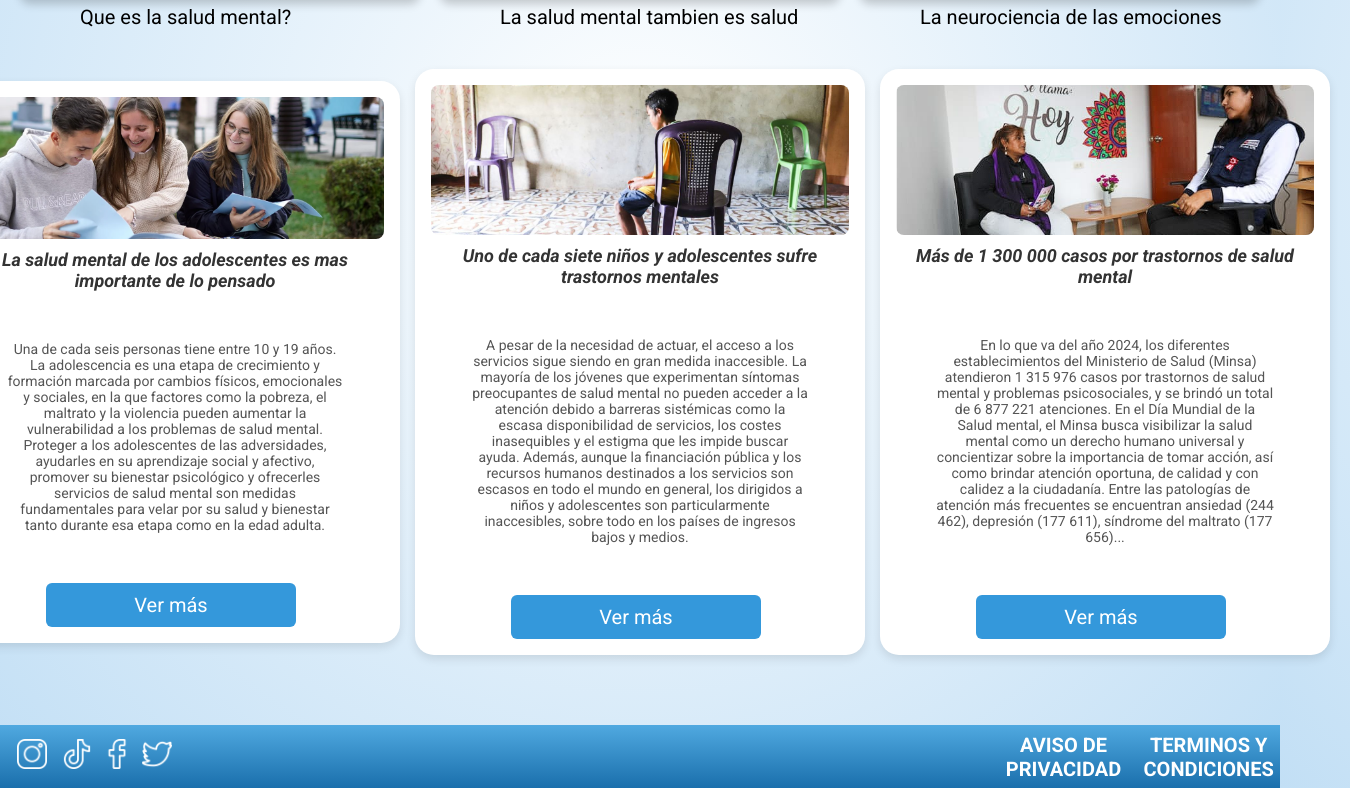
Repository: ChristianAvilesS/PsychoMind
Page: public/contenidoEducativo.html
These files come from the project's save history. The page is drawn as it stood at one moment and after the next save; the edit follows.
The browser window is 1280 px wide. The page is 1350 px wide, so the pictures cover 1350 px, including what lies to the right of the window. The pictures show the part of the page from y = 450 to 1270 px (the page is 1238 px tall before and 1270 px after).
Some web fonts or font styles are not loaded; a fallback is used. Some web libraries are served in a nearby version.

Above is the page before, as saved 2025-04-20 18:34:28.

### public/contenidoEducativo.html
<!DOCTYPE html>
<html lang="en">
    <head>
        <meta charset="UTF-8" />
        <meta http-equiv="X-UA-Compatible" content="IE=edge" />
        <meta name="viewport" content="width=device-width, initial-scale=1.0" />
        <link rel="preconnect" href="https://fonts.googleapis.com" />
        <link rel="preconnect" href="https://fonts.gstatic.com" crossorigin />
        <link
            href="https://fonts.googleapis.com/css2?family=Climate+Crisis&family=Roboto:wght@300;500&display=swap"
            rel="stylesheet" />
        <link rel="stylesheet" href="assets/styles/styles_header_footer.css" />
        <link rel="stylesheet" href="assets/styles/styles_home.css" />
        <link rel="stylesheet" href="assets/styles/contenidoEducativo.css"/>
        <script src="https://kit.fontawesome.com/829f2fe815.js" crossorigin="anonymous"></script>
        <title>Psycho-Mind</title>
        <link rel="icon" href="favicon.ico" />
    </head>

    <body>
        <header class="header">
            <div class="navbar">
                <div class="logo"><img src="assets/images/logo.svg" alt="" /></div>
                <ul class="links">
                    <li><a href="index.html" class="var-link">Inicio</a></li>
                    <li><a href=" nosotros.html" class="var-link">Nosotros</a></li>
                    <li><a href="membresias.html" class="var-link">Membresías</a></li>
                    <li><a href="evaluaciones.html" class="var-link">Evaluaciones</a></li>
                    <li><a href="citas.html" class="var-link">Citas</a></li>
                    <li><a href="contenidoEducativo.html" class="var-link">Contenido Educativo</a></li>
                </ul>
                <a href="contacto.html" class="action_btn var-link">Contacto</a>
                <div class="toggle_btn">
                    <i class="fa-solid fa-bars"></i>
                </div>
            </div>
            <div class="dropdown_menu">
                <li><a href="index.html" class="var-link">Inicio</a></li>
                <li><a href="nosotros.html" class="var-link">Nosotros</a></li>
                <li><a href="membresias.html" class="var-link">Membresías</a></li>
                <li><a href="evaluaciones.html" class="var-link">Evaluaciones</a></li>
                <li><a href="citas.html" class="var-link">Citas</a></li>
                <li><a href="contenidoEducativo.html" class="var-link">Citas</a></li>
                <li><a href="contacto.html" class="action_btn var-link">Contenido Educativo</a></li>
            </div>
        </header>

        <main>
          <div class="contenedor-principal">
            <div class="videos">
              <div class="video">
                <iframe
                  src="https://www.youtube.com/embed/sFfxExoU2Kw"
                  frameborder="0"
                  allow="accelerometer; autoplay; clipboard-write; encrypted-media; gyroscope; picture-in-picture"
                  allowfullscreen>
                </iframe>
                <p>Que es la salud mental?</p>
              </div>
              <div class="video">
                <iframe
                  src="https://www.youtube.com/embed/vm2z2GfoZ2k"
                  frameborder="0"
                  allow="accelerometer; autoplay; clipboard-write; encrypted-media; gyroscope; picture-in-picture"
                  allowfullscreen>
                </iframe>
                <p>La salud mental tambien es salud</p>
              </div>
              <div class="video">
                <iframe
                  src="https://www.youtube.com/embed/TjqrualxgkI"
                  frameborder="0"
                  allow="accelerometer; autoplay; clipboard-write; encrypted-media; gyroscope; picture-in-picture"
                  allowfullscreen>
                </iframe>
                <p>La neurociencia de las emociones</p>
              </div>
            </div>

            <!-- Sección de noticias (vertical) -->
            <div class="noticias">
              <div class="noticia-card">

                <img class="noticia-imagen" src="assets/images/CE1.png" alt="Imagen de la noticia">
                <h3 class="noticia-titulo">La salud mental de los adolescentes es mas importante de lo pensado</h3>
                <p class="noticia-descripcion">
                  Una de cada seis personas tiene entre 10 y 19 años. La adolescencia es una etapa de crecimiento y formación marcada por cambios físicos, emocionales y sociales, en la que factores como la pobreza, el maltrato y la violencia pueden aumentar la vulnerabilidad a los problemas de salud mental. Proteger a los adolescentes de las adversidades, ayudarles en su aprendizaje social y afectivo, promover su bienestar psicológico y ofrecerles servicios de salud mental son medidas fundamentales para velar por su salud y bienestar tanto durante esa etapa como en la edad adulta.
                </p>
                <button class="noticia-vermas">Ver más</button>
              </div>
              <div class="noticia-card">

                <img class="noticia-imagen" src="assets/images/CE2.png" alt="Imagen de la noticia">
                <h3 class="noticia-titulo">Uno de cada siete niños y adolescentes sufre trastornos mentales</h3>
                <p class="noticia-descripcion">
                  A pesar de la necesidad de actuar, el acceso a los servicios sigue siendo en gran medida inaccesible.

                  La mayoría de los jóvenes que experimentan síntomas preocupantes de salud mental no pueden acceder a la atención debido a barreras sistémicas como la escasa disponibilidad de servicios, los costes inasequibles y el estigma que les impide buscar ayuda.

                  Además, aunque la financiación pública y los recursos humanos destinados a los servicios son escasos en todo el mundo en general, los dirigidos a niños y adolescentes son particularmente inaccesibles, sobre todo en los países de ingresos bajos y medios.
                  </p>
                <button class="noticia-vermas" >Ver más</button>
              </div>
              <div class="noticia-card">

                <img class="noticia-imagen" src="assets/images/CE3.png" alt="Imagen de la noticia">
                <h3 class="noticia-titulo">Más de 1 300 000 casos  por trastornos de salud mental </h3>
                <p class="noticia-descripcion">
                  En lo que va del año 2024, los diferentes establecimientos del Ministerio de Salud (Minsa) atendieron 1 315 976 casos por trastornos de salud mental y problemas psicosociales, y se brindó un total de 6 877 221 atenciones.

                  En el Día Mundial de la Salud mental, el Minsa busca visibilizar la salud mental como un derecho humano universal y concientizar sobre la importancia de tomar acción, así como brindar atención oportuna, de calidad y con calidez a la ciudadanía.

                  Entre las patologías de atención más frecuentes se encuentran ansiedad (244 462), depresión (177 611), síndrome del maltrato (177 656)...   </p>
                <button class="noticia-vermas">Ver más</button>
              </div>
            </div>
          </div>


        </main>
    </body>
    <footer class="footer">
        <div id="redes">
            <a href="#">
                <img id="ig" src="assets/images/instagram.png" width="30px" alt="Instagram" />
            </a>
            <a href="#">
                <img id="tiktok" src="assets/images/tik-tok.png" width="30px" alt="TikTok" />
            </a>
            <a href="#">
                <img id="fb" src="assets/images/facebook.png" width="30px" alt="Facebook" />
            </a>
            <a href="#">
                <img id="twitter" src="assets/images/twitter.png" width="30px" alt="Twitter" />
            </a>
        </div>
        <div id="privacidad-terminos">
            <a href="#" id="privacidad">AVISO DE PRIVACIDAD</a>
            <a href="#">TERMINOS Y CONDICIONES</a>
        </div>
    </footer>

    <!--JAVASCRIPT-->
    <script src="assets/javascript/header.js"></script>
    <script src="assets/javascript/sessions.js"></script>
</html>

### public/assets/styles/styles_header_footer.css
@import url('https://fonts.googleapis.com/css2?family=Roboto:ital,wght@0,100;0,300;0,400;0,500;0,700;0,900;1,100;1,300;1,400;1,500;1,700;1,900&display=swap');

* {
    box-sizing: border-box;
    padding: 0;
    margin: 0;
    font-family: 'Roboto', sans-serlf;
    font-size: 20px;
}

/*HEADER NAVBAR*/
.header {
    position: relative;
    padding: 1rem 2rem;
    /* background-color: #1A6FAC; */
    background-image: linear-gradient(to bottom, #1a6fac, #50a9e0);
}

li {
    list-style: none;
}

a {
    font-weight: 700;
    text-decoration: none;
    color: #fff;
    font-size: 1rem;
}

.header .navbar a:hover {
    color: #7FD8E6;
}


.navbar {
    width: 100%;
    height: 60px;
    max-width: 1200px;
    margin: 0 auto;
    display: flex;
    align-items: center;
    justify-content: space-between;
}

.navbar .logo a {
    font-size: 1.5rem;
    font-weight: bold;
}


.navbar .links {
    display: flex;
    gap: 2rem;
}

.header .navbar .toggle_btn {
    color: #fff;
    font-size: 1.5rem;
    cursor: pointer;
    display: none;
}

.action_btn {
    background-color: #50a9e0;
    color: #fff;
    padding: 0.5rem 1rem;
    border: none;
    outline: none;
    border-radius: 20px;
    font-size: 0.8rem;
    font-weight: bold;
    cursor: pointer;
}

.action_btn:hover {
    scale: 1.05;
    background-color: #274B92;
}

.action_btn:active {
    scale: 0.95;
}

/*DROPDOWN MENU*/
.dropdown_menu {
    position: absolute;
    z-index: 5;
    right: 2rem;
    top: 60px;
    height: 0;
    width: 300px;
    background: rgba(255, 255, 255, 0.1);
    backdrop-filter: blur(15px);
    border-radius: 10px;
    overflow: hidden;
    display: none;
    transition: height .2s cubic-bezier(0.175, 0.885, 0.32, 1.275);
}

.dropdown_menu.open {
    height: 265px;
}

.dropdown_menu li {
    padding: 0.7rem;
    display: flex;
    align-items: center;
    justify-content: center;
}

.dropdown_menu .action_btn {
    width: 100%;
    display: flex;
    justify-content: center;
}


/*RESPONSIVE DESIGN*/

@media (max-width: 1024px) {
    #redes {
        margin-bottom: 1.5%;
    }
}

@media (max-width: 992px) {

    .navbar .links,
    .navbar .action_btn {
        display: none;
    }

    .header .navbar .toggle_btn,
    .dropdown_menu {
        display: block;
    }

    .dropdown_menu a {
        text-decoration: none;
        color: #000;
        /*PARA QUE SE VEA MÁS ESTETICOO*/
        font-size: 1rem;
    }


}

body {
    min-height: 100vh;
    display: flex;
    flex-direction: column;
    background-image: radial-gradient(circle, #fff, #c2dff5);
}

main {
    flex-grow: 1;
}

/*FOOTER*/
.footer {
    /* background-color: #1A6FAC; */
    background-image: linear-gradient(to top, #1a6fac, #50a9e0);
    color: #fff;
    padding: 7.5px 0;
    display: flex;
    justify-content: center;
    flex-wrap: wrap;
    gap: 65%;
}

#redes img {
    width: 30px;
    height: 30px;
    filter: invert(100%);
}

#redes {
    display: flex;
    align-items: center;
    /* margin-left: 30px; */
    /* margin-right: 50%; */
}

#ig {
    margin-right: 15px;
}

#redes img:hover {
    animation-name: img-hover;
    animation-duration: 0.85s;
    animation-iteration-count: infinite;
    animation-timing-function: linear;
}

@keyframes img-hover {
    50% {
        transform: scale(1.2);
    }

    100% {
        transform: scale(1);
    }
}


#tiktok {
    margin-right: 10px;
}

#fb {
    margin-right: 10px;
}

#privacidad-terminos {
    color: #FFF;
    text-align: center;
    font-family: Roboto;
    font-size: 13.5px;
    font-style: normal;
    font-weight: 700;
    line-height: normal;
    display: flex;
    align-items: center;
    gap: 20px;
    /* width: 10%; */
}

#privacidad-terminos a {
    display: flex;
    width: 120px;
    /* padding-right: 20px; */
}

#logo {
    margin: 0 0 0 35.5px;
}

### public/assets/styles/styles_home.css
* {
    padding: 0;
    margin: 0;
    font-family: 'Roboto', sans-serlf;
}

main {
    display: flex;
    flex-direction: column;
    align-items: center;
    gap: 60px;
    margin: 30px 0;
    position: relative;
}

h1 {
    color: #274B92;
    font-family: Roboto;
    font-size: 75px;
    font-style: normal;
    font-weight: 700;
    /* margin: 30px 0 5% 0; */
}

h2 {
    color: #274B92;
    text-align: center;
    font-family: Roboto;
    font-size: 40px;
    font-style: normal;
    font-weight: 400;
    /* margin: 0 0 6.5% 0; */
}

h3 {
    color: #1D95C8;
    text-align: center;
    font-family: Roboto;
    font-size: 35px;
    font-style: italic;
    font-weight: 300;
}

button {
    border-radius: 11px;
    background: #1D95C8;
    width: 20%;
    min-width: 250px;
    padding: 1% 2.5%;
    /* height: 73px; */
    /* margin: 6% 0 0 42.5%; */
}

button a {
    color: #FFF;
    text-align: center;
    font-family: Roboto;
    font-size: 35px;
    font-style: normal;
    font-weight: 700;
    text-decoration: none;
}

#register {
    width: 100%;
    font-size: 25px;
    /* margin: 1% 0 30px 39.9%; */
}

h2 a {
    text-decoration: none;
    font-family: Roboto;
    color: #274B92;
    font-style: italic;
    font-weight: bold;
    font-size: 25px;
}

#welcome {
    /* width: 729px; */
    width: 40%;
    /* margin: 0 5% 0 31%; */
}

#lema {
    /* width: 750px; */
    width: 40%;
    /* margin: 3% 5% 0 31%; */

}

#img1 {
    position: absolute;
    top: 5%;
    left: 0%;
    width: 12%;
}

#img2 {
    position: absolute;
    bottom: 0%;
    left: 0%;
    width: 20%;
}

#img3 {
    width: 12%;
    position: absolute;
    top: 5%;
    right: 0%;
}

#img4 {
    width: 20%;
    position: absolute;
    right: 0%;
    bottom: 0%;
}

#img1,
#img2,
#img3,
#img4 {
    animation-name: aparecer;
    animation-duration: 1.25s;
    animation-timing-function: linear;
}

.descargas h2 {
    color: #1281b7;
    font-weight: 520;
}

.descargas-img {
    margin-top: 5%;
    display: flex;
    justify-content: center;
    align-items: center;
    gap: 10%;
}

.descargas-img img {
    width: 35%;
    object-fit: contain;
}

@keyframes aparecer {
    0% {
        opacity: 0;
    }

    100% {
        opacity: 1;
    }
}


@media (max-width: 375px) {
    h1 {
        font-size: 35px !important;
    }

    h2 {
        font-size: 25px !important;
    }

    h3 {
        font-size: 22.5px !important;

    }
}


@media (max-width: 620px) {
    h1 {
        font-size: 45px;
    }

    h2 {
        font-size: 35px;
        width: 100%;
    }

    h3 {
        font-size: 25px;
        width: 90% !important;
    }

    button a {
        font-size: 25px;
    }

    #register {
        font-size: 20px;
        width: 100%;
    }

    #img1,
    #img3,
    #img2,
    #img4 {
        display: none;
    }

    /*     #img1,
    #img3 {
        z-index: -10;
        width: 30%;
        top: 50%;
    } */
}

@media (max-width: 768px) {
    h2 {
        width: 100% !important;
    }

    #img2,
    #img4 {
        display: none;
    }

    #img1,
    #img3 {
        z-index: -10;
        width: 22.5%;
        top: 50%;
    }
}

### public/assets/styles/contenidoEducativo.css
.contenedor-principal {
  display: flex;
  flex-direction: column;
  align-items: center;
  padding: 40px 20px;
}

.videos {
  display: flex;
  gap: 20px;
  margin-bottom: 40px;
  flex-wrap: wrap;
  justify-content: center;
}
.video p{
  padding-left: 60px;
}

.video iframe {
  width: 400px;
  height: 280px;
  border-radius: 10px;
  box-shadow: 0 4px 10px rgba(0, 0, 0, 0.2);
}

.noticias {
  display: flex;
  justify-content: space-evenly;
  gap: 15px;
  align-items: center;
}



.noticia:hover {
  background-color: #2980b9;
}
.noticia-card {
  width: 450px;
  background-color: #ffffff;
  border-radius: 19px;
  box-shadow: 0 4px 10px rgba(0, 0, 0, 0.1);
  padding: 16px;
  text-align: center;
  display: flex;
  flex-direction: column;
  gap: 10px;
}

.noticia-titulo {
  font-size: 18px;
  font-weight: bold;
  color: #333;
  margin: 0;
}

.noticia-imagen {
  width: 100%;
  height: auto;
  border-radius: 8px;
}

.noticia-descripcion {
  font-size: 14px;
  padding: 40px;
  color: #555;
}

.noticia-vermas {
  margin-left: 80px;
  padding: 10px;
  background-color: #3498db;
  color: white;
  border: none;
  border-radius: 6px;
  cursor: pointer;
  transition: background 0.3s ease;
}

.noticia-vermas:hover {
  background-color: #2980b9;
}

### public/assets/javascript/header.js
const toggleBtn = document.querySelector('.toggle_btn');
const toggleBtnIcon = document.querySelector('.toggle_btn i');
const dropDownMenu = document.querySelector('.dropdown_menu');

toggleBtn.addEventListener('click', function () {
    dropDownMenu.classList.toggle('open');
    const isOpen = dropDownMenu.classList.contains('open');

    toggleBtnIcon.classList = isOpen ? 'fa-solid fa-xmark' : 'fa-solid fa-bars';
});

### public/assets/javascript/sessions.js
var idUsuario = 0;
const queryString = window.location.search;
const params = {};
queryString.split('&').forEach((pair) => {
    const [key, value] = pair.split('=');
    params[key] = decodeURIComponent(value);
});
if (Object.keys(params).indexOf('?id') !== -1) {
    idUsuario = parseInt(params['?id']);
}

function ocultarElementos() {
    const ocultables = document.getElementsByClassName('hideable');
    for (var elem of ocultables) {
        if (idUsuario !== 0) {
            elem.hidden = true;
        }
    }
}

function ocultarEvaluaciones() {
    if (idUsuario === 0) return;
    fetch('assets/javascript/data/usuarios.json')
        .then((response) => response.json())
        .then((value) => {
            const ocultables = document.getElementsByClassName('hideable-membership');
            let membresia = '';
            for (var u of value) {
                if (u.idUsuario === parseInt(idUsuario)) {
                    membresia = u.tipoMembresia;
                    break;
                }
            }

            var minimos = ['Gratuito', 'Gratuito', 'Platino', 'Platino'];

            for (var elem of ocultables) {
                elem.hidden = true;
                var minimo = minimos[parseInt(elem.id.substring(1)) - 1];
                console.log(minimo);
                if (minimo === 'Gratuito') {
                    elem.hidden = false;
                } else if (
                    minimo !== 'Gratuito' &&
                    (membresia === 'Platino' || membresia === 'Golden')
                ) {
                    elem.hidden = false;
                } else if (minimo === 'Golden' && membresia === 'Golden') {
                    elem.hidden = false;
                }
            }
        });
}

function agregarParametros() {
    if (idUsuario === 0) return;
    var links = document.getElementsByClassName('var-link');
    for (var elem of links) {
        elem.href += '?id=' + params['?id'];
    }
}

ocultarElementos();
ocultarEvaluaciones();
agregarParametros();

After the next save:
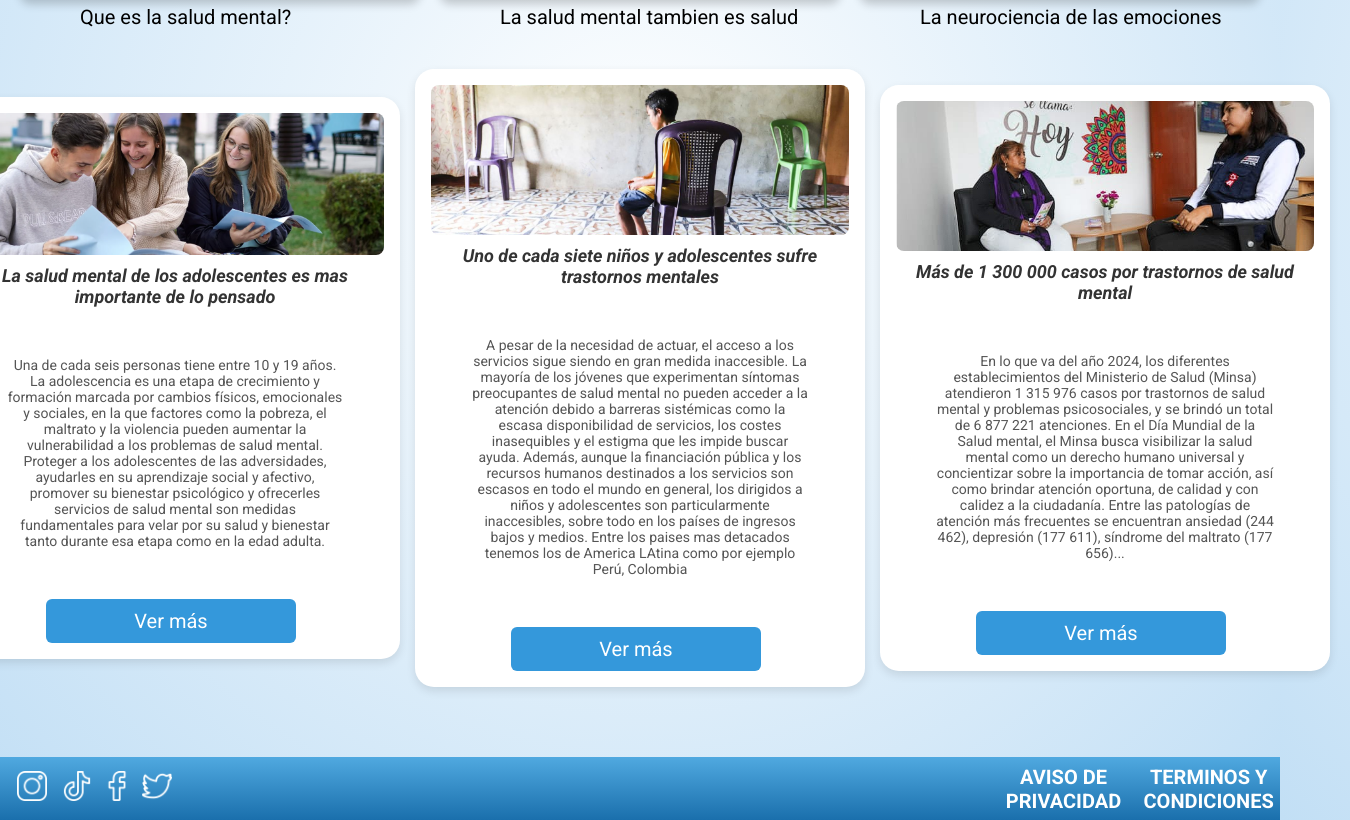
Saved 65 s later.
--- a/public/contenidoEducativo.html
+++ b/public/contenidoEducativo.html
@@ -98,6 +98,7 @@
                   La mayoría de los jóvenes que experimentan síntomas preocupantes de salud mental no pueden acceder a la atención debido a barreras sistémicas como la escasa disponibilidad de servicios, los costes inasequibles y el estigma que les impide buscar ayuda.
 
                   Además, aunque la financiación pública y los recursos humanos destinados a los servicios son escasos en todo el mundo en general, los dirigidos a niños y adolescentes son particularmente inaccesibles, sobre todo en los países de ingresos bajos y medios.
+                  Entre los paises mas detacados tenemos los de America LAtina como por ejemplo Perú, Colombia
                   </p>
                 <button class="noticia-vermas" >Ver más</button>
               </div>
